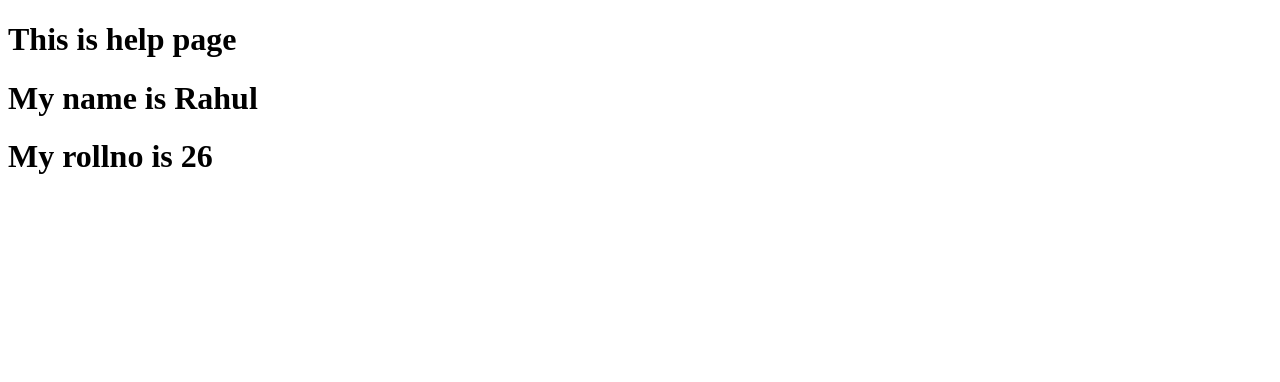
Repository: romeodmello17/springmvc
Page: http://localhost/firstmvc/help
An editor plug-in stored every save of this project. The page is shown before and after the next save, followed by the edit.
The browser window is 1280 px wide. The pictures show the whole page.
The page is served by Tomcat 9.

Above is the page before, as saved 2025-04-11 00:22:24.

After the next save:
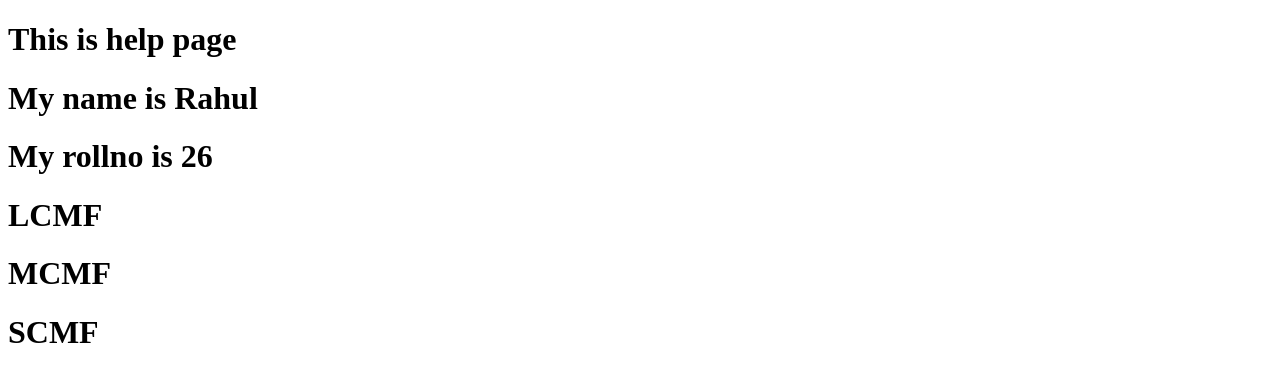
Saved 3 s later.
--- a/firstmvc/src/main/java/firstmvc/springmvc/controller/HelloController.java
+++ b/firstmvc/src/main/java/firstmvc/springmvc/controller/HelloController.java
@@ -19,15 +19,15 @@ public class HelloController {
 	@RequestMapping("/home")
 	public String home(Model model) {
 		System.out.println("This is Home URL");
-		model.addAttribute("name","Rahul");
-		model.addAttribute("rollno",17);
+		model.addAttribute("name", "Rahul");
+		model.addAttribute("rollno", 17);
 		List<String> stocks = new ArrayList<String>();
 		stocks.add("Large Cap MF");
 		stocks.add("Mid Cap MF");
 		stocks.add("Small Cap MF");
 		stocks.add("Crypto");
 
-		model.addAttribute("s",stocks);
+		model.addAttribute("s", stocks);
 
 		return "home";
 	}
@@ -35,9 +35,9 @@ public class HelloController {
 	@RequestMapping("/help")
 	public ModelAndView help() {
 		System.out.println("This is help url");
-		//creating modelandview object
+		// creating modelandview object
 		ModelAndView mv = new ModelAndView();
-		//setting the data
+		// setting the data
 		mv.addObject("name", "Rahul");
 		mv.addObject("rollno", 26);
 
@@ -45,8 +45,8 @@ public class HelloController {
 		stocks.add("LCMF");
 		stocks.add("MCMF");
 		stocks.add("SCMF");
-
-		//setting the view name
+		mv.addObject("s", stocks);
+		// setting the view name
 		mv.setViewName("help");
 		return mv;
 	}
